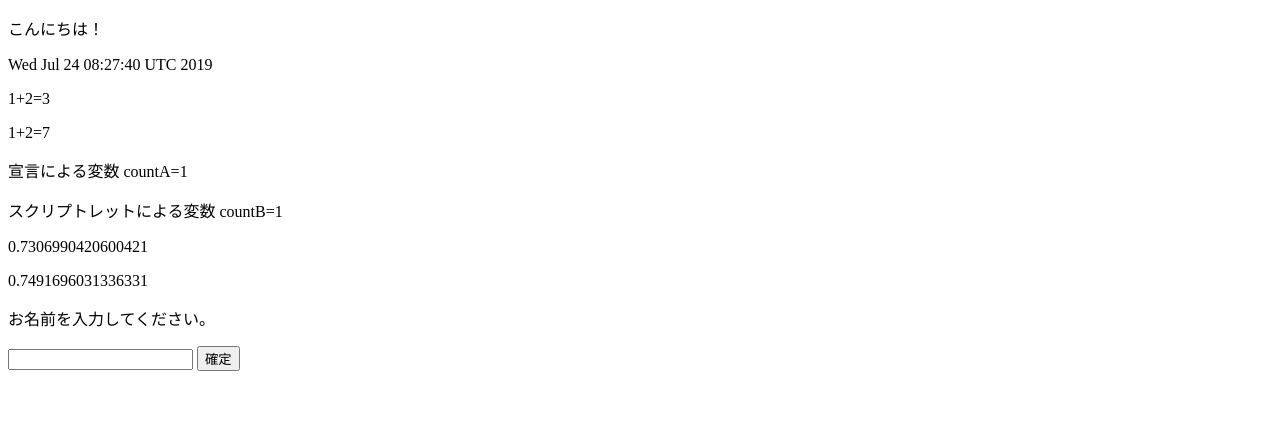
Repository: 0702tk/test
Page: http://localhost/HelloJSP/
An editor plug-in stored every save of this project. The page is shown before and after the next save, followed by the edit.
The browser window is 1280 px wide. The pictures show the whole page.
The page is served by Tomcat 9.

Above is the page before, as saved 2019-07-25 02:42:00.

### HelloJSP/WebContent/index.jsp
<%@ page language="java" contentType="text/html; charset=UTF-8"
    pageEncoding="UTF-8"%>
<!DOCTYPE html>
<html>
<head>
	<meta charset="UTF-8">
	<title>TEST</title>
</head>

<body>
	<p>こんにちは！</p>
	<% out.println(new java.util.Date()); %>

	<%!
	int add(int a,int b){
		return a+b;
	}
	%>
	<p>1+2=<%= add(1,2) %></p>
	<p>1+2=<%= add(3,4) %></p>

	<%! int countA=0; %>
	<%
	int countB=0;
	countA++;
	countB++;
	%>
	<p>宣言による変数 countA=<%=countA %></p>
	<p>スクリプトレットによる変数 countB=<%=countB %>

	<p><% out.println(Math.random()); %></p>
	<p><%=Math.random() %></p>

	<p>お名前を入力してください。</p>
	<form method="post" action="greeting-out.jsp">
		<input type="text" name="user">
		<input type="submit" value="確定">
	</form>
</body>
</html>

After the next save:
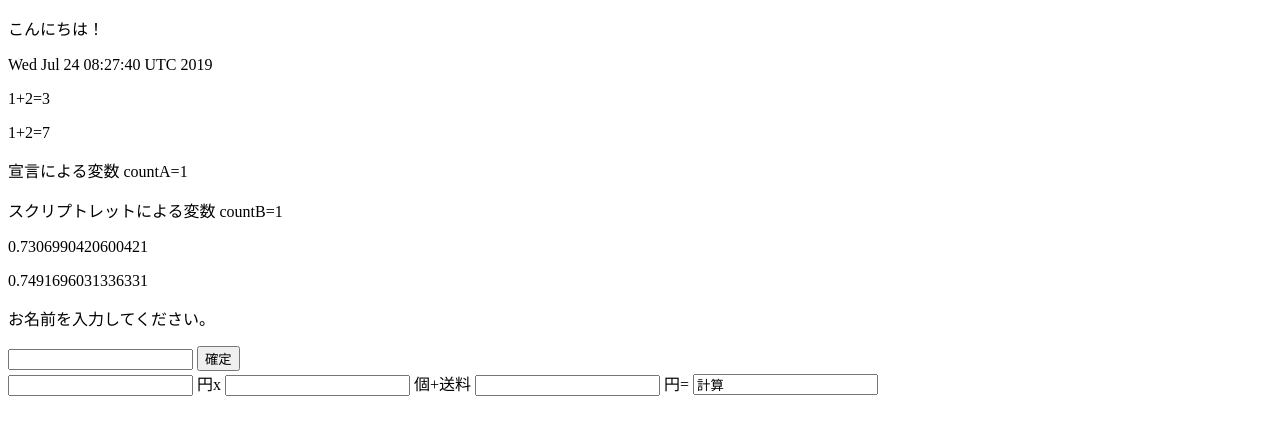
Saved 6 min 47 s later.
--- a/HelloJSP/WebContent/index.jsp
+++ b/HelloJSP/WebContent/index.jsp
@@ -36,5 +36,15 @@
 		<input type="text" name="user">
 		<input type="submit" value="確定">
 	</form>
+
+	<form method"post" action="total-out.jsp">
+		<input type="text" name="price">
+		円x
+		<input type="text" name="count">
+		個+送料
+		<input type="text" name="delivery">
+		円=
+		<input type="text" value="計算">
+	</form>
 </body>
 </html>
